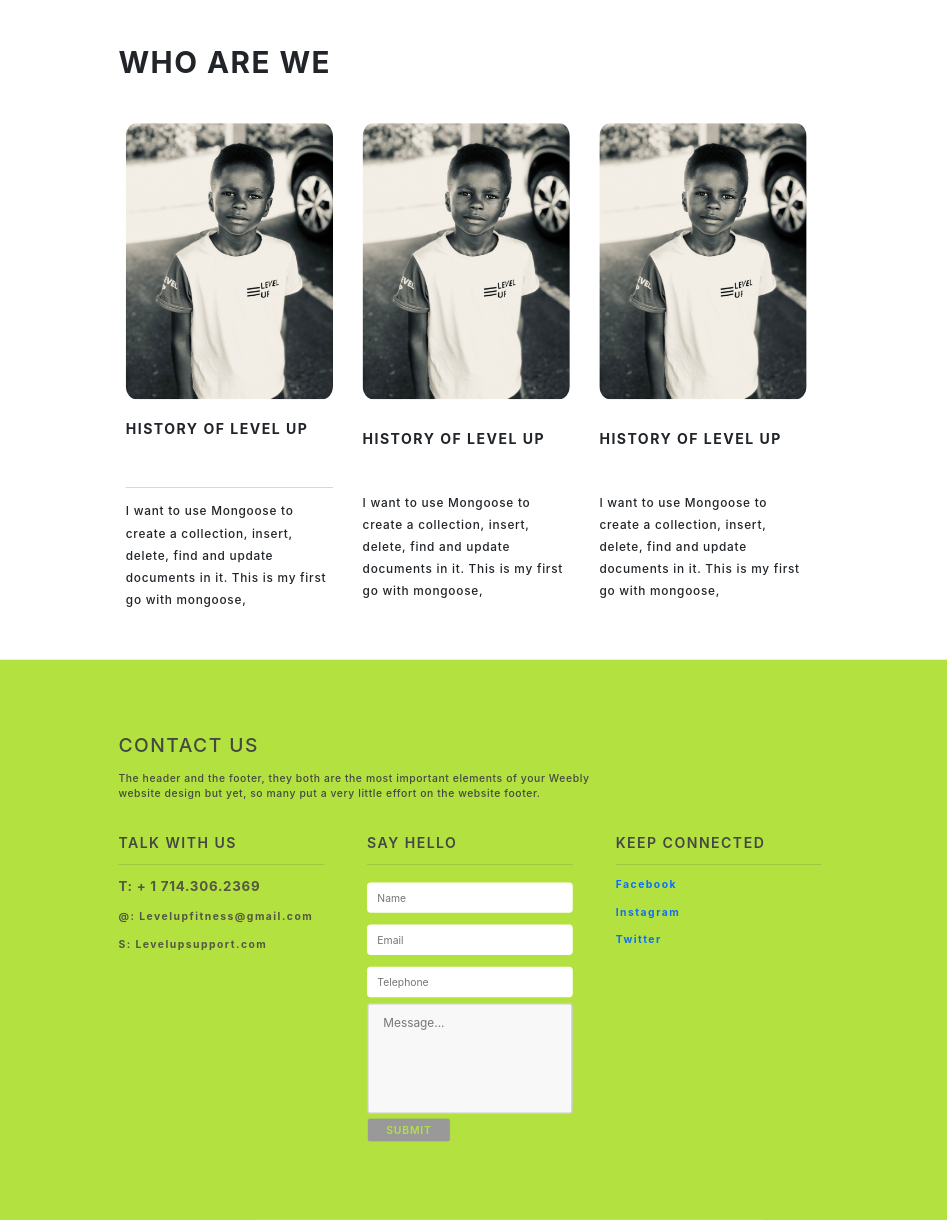
Repository: Bojurie/Level-up
Page: /about (app in client/)
These files come from the project's save history. The page is drawn as it stood at one moment and after the next save; the edit follows.
The browser window is 1280 px wide. The pictures show the part of the page from y = 314 to 1962 px (the page is 1962 px tall), at 74% of full size.
Some web fonts or font styles are not loaded; a fallback is used. Some web libraries are served in a nearby version. The project was rebuilt for these pictures with package versions that can differ from the ones it lists, and the page was loaded fresh each time. Also part of the build but not shown: client/src/components/Carousel.js, client/src/components/HomeVlog.css, client/src/components/HomeVlog.js, client/src/components/homeProducts.css, client/src/components/HomeProducts.js, client/src/components/Card.js, client/src/components/HomeShop.css, client/src/components/HomeShop.js and 10 more. Imported but missing from the stored project, and not drawn on this page: client/src/components/Chart.

Above is the page before, as saved 2022-11-30 16:11:28.

### client/public/index.html
<!DOCTYPE html>
<html lang="en">
  <head>
    <meta charset="utf-8" />
    <link rel="icon" href="%PUBLIC_URL%/favicon.ico" />
    <meta name="viewport" content="width=device-width, initial-scale=1" />
    <meta name="theme-color" content="#000000" />
    <meta
      name="description"
      content="Web site created using create-react-app"
    />
    <link rel="apple-touch-icon" href="%PUBLIC_URL%/logo192.png" />
    <link rel="manifest" href="%PUBLIC_URL%/manifest.json" />

    <link rel="preconnect" href="https://fonts.googleapis.com" />
    <link rel="preconnect" href="https://fonts.gstatic.com" crossorigin />
    <link
      href="https://fonts.googleapis.com/css2?family=Asap+Condensed:ital,wght@0,400;0,500;1,400&family=Chivo:wght@300;400&family=Jura:wght@300;400;500;600;700&family=Lato:ital,wght@0,400;0,700;1,400&family=Nunito+Sans:wght@400;600&family=Oswald:wght@300;500;700&family=Playball&family=Roboto:ital,wght@0,400;0,500;1,500&family=Wallpoet&display=swap"
      rel="stylesheet"
    />

    <link
      rel="stylesheet"
      href="https://cdn.jsdelivr.net/npm/bootstrap@5.1.3/dist/css/bootstrap.min.css"
      integrity="sha384-1BmE4kWBq78iYhFldvKuhfTAU6auU8tT94WrHftjDbrCEXSU1oBoqyl2QvZ6jIW3"
      crossorigin="anonymous"
    />
    <script
      src="https://kit.fontawesome.com/5ffdb52964.js"
      crossorigin="anonymous"
    ></script>
    <title>React App</title>
    <script
      src="https://kit.fontawesome.com/5ffdb52964.js"
      crossorigin="anonymous"
    ></script>
  </head>
  <body>
    <noscript>You need to enable JavaScript to run this app.</noscript>
    <div id="root"></div>
    <!--
      This HTML file is a template.
      If you open it directly in the browser, you will see an empty page.

      You can add webfonts, meta tags, or analytics to this file.
      The build step will place the bundled scripts into the <body> tag.

      To begin the development, run `npm start` or `yarn start`.
      To create a production bundle, use `npm run build` or `yarn build`.
    -->
  </body>
</html>

### client/src/App.js
import React from 'react';
// import { BrowserRouter as Router, Route, Routes } from 'react-router-dom';
import { BrowserRouter as Router, Route, Routes} from 'react-router-dom'


import Home from './pages/Home';
import About from './pages/About';
import Shop from './pages/Shop';
import Contact from './pages/Contact';
import Navbar from './components/Navbar';
import Footer from './components/Footer';
import LogIn from './pages/LogIn';
import Register from './pages/Register';
import Chart from './components/Chart';
import Vlog from './pages/Vlog';

import {DataProvider} from './components/Context'


function App() {

  return (
        <Router>
          <DataProvider>
          <Navbar />
          <Routes>
              <Route path='/' element={<Home />} />
              <Route path='/about' element={<About />} />
              <Route path='/contact' element={<Contact />} />
              <Route path='/shop' element={<Shop />} />
              <Route path='/vlog' element={<Vlog />} />
              <Route path='/login' element={<LogIn/>} />
              <Route path='/register' element={<Register />} />
              <Route path='/chart' element={<Chart/>} />
          </Routes>
          <Footer />
          </DataProvider>
        </Router>
  );
}

export default App;

### client/src/pages/About.js
import React from 'react';
import './About.css';

import DarkImage from '../images/IMG_5367.jpg'
import { FormTitle } from '../components/FormTitle';
const imgse = DarkImage;

const About = () => {

  return (
    <div className='about'>
    <FormTitle className="sign-in-form__title" />
      <div className=''>
          <div className='aboutContainer'>
            <h1> Who Are We </h1>
            <div className='aboutContent'>
              <div className='aboutParagraph'>
                <div className='AboutUs-content'>
                    <div className='AboutHistory'>
                        <div className='history-img'>
                            <img src={imgse} alt='img'/>
                        </div>
                        <div className='history-content'>
                          <h1>History of Level Up</h1><hr/>
                          <p>I want to use Mongoose to create a collection, insert, delete, find and update documents in it. This is my first go with mongoose,</p>
                        </div>
                    </div>
                    <div className='AboutGoal'>
                        <div className='history-img'>
                            <img src={imgse} alt='img'/>
                        </div>
                        <div className='history-content'>
                          <h1>History of Level Up</h1>
                          <p>I want to use Mongoose to create a collection, insert, delete, find and update documents in it. This is my first go with mongoose,</p>
                        </div>
                    </div>
                    <div className='Aboutproduct'>
                        <div className='history-img'>
                            <img src={imgse} alt='img'/>
                        </div>
                        <div className='history-content'>
                          <h1>History of Level Up</h1>
                          <p>I want to use Mongoose to create a collection, insert, delete, find and update documents in it. This is my first go with mongoose,</p>
                        </div>
                    </div>

                </div>



              </div>
            </div>
          </div>
      </div>
    </div>
  );
}

export default About;

### client/src/components/Navbar.js
import React from 'react';
import { Link } from 'react-router-dom';

import './Navbar.css'
import Logo from '../images/Logo.png'



const Navbar = () => {
  return (
    <nav className='navbar'>
      <div className='navbar-wrapper'>
        <Link to='/' className='logo'>
            <img src={Logo} alt='logo' />
        </Link>
        <ul className='navbar-links'>
            <Link to='/' >Home </Link>
            <Link to='/shop'> Shop</Link>
            <Link to='/Vlog'> V-Log</Link>
            <Link to='/about'> About</Link>
            <Link to='/contact'> Contact</Link>
            <Link to='/login'> Login </Link>
            <Link to='/register'>SignUp</Link>
            <Link to='/chart'><i class="fa-solid fa-cart-shopping"></i></Link>

        </ul>
      </div>

    </nav>
  );
}

export default Navbar;

### client/src/components/Footer.js
import React from 'react';
import { Link } from 'react-router-dom';
  import { FontAwesomeIcon } from '@fortawesome/react-fontawesome'
  import { instagram } from '@fortawesome/free-solid-svg-icons'

import './Footer.css';

const Footer = () => {
  return (
    <div className='footer'>
      <div className='footer-wrapper'>
        <div className='footer-header-wrapper'>
          <div className='footer-header'>
            <h1>Contact Us</h1>
          </div>
          <div className='footer-paragraph'>
            <p>The header and the footer, they both are the most important elements of your Weebly website design but yet, so many put a very little effort on the website footer.</p>
          </div>

        </div>
        <div className='footer-nav-content'>
            <div className='footer-navs-left'>
              <h3>Talk With Us</h3><hr/>
              <div className='footer-contact'>
                <div className='tel'>
                  <p>T: + 1 714.306.2369</p>
                </div>
                <div className='email'>
                  <p>@: Levelupfitness@gmail.com</p>
                </div>
                <div className='support'>
                  <p>S: Levelupsupport.com</p>
                </div>

              </div>

            </div>
            <div className='footer-navs-middle'>
                <h3>Say Hello</h3><hr/>
              <div className='footer-form'>

                  <form className='form'>
                    <input type='text' placeholder=' Name' />
                    <input type='text' placeholder=' Email' />
                    <input type='text' placeholder=' Telephone' />
                    <textarea placeholder='Message...' />
                  </form>
                  <div className='form-btn'>
                    <input type='submit' placeholder='' />
                  </div>

              </div>
            </div>
            <div className='footer-navs-right'>
              <h3>Keep Connected</h3><hr/>
              <div className='social-media'>
                <p><Link to='/'>Facebook</Link></p>
                <p><Link to='/'><FontAwesomeIcon icon="fa-brands fa-instagram" /> Instagram</Link></p>
                <p><Link to='/'>Twitter</Link></p>

              </div>

            </div>
        </div>


      </div>
    </div>
  );
}

export default Footer;

### client/src/components/Context.js
import React,{Component} from 'react';
export const DataContext = React.createContext();

export class DataProvider extends Component {
  constructor(props) {
    super(props)

    this.state = {
       products: [
         {
          "_id": "1",
          "title": "Level-Up Sweat Pant",
          "src": "https://images.unsplash.com/photo-1618354691373-d851c5c3a990?ixlib=rb-1.2.1&ixid=MnwxMjA3fDB8MHxwaG90by1wYWdlfHx8fGVufDB8fHx8&auto=format&fit=crop&w=658&q=80",
          "description": "Classic fit for running and outdoor activities.",
          "price": 39,
          "colors": ["red", "blue", "black"],
          "count": 2,
         },
         {
          "_id": "2",
          "title": "Kids Level-Up SweatPant",
          "src": "https://images.unsplash.com/flagged/photo-1555895312-bbc472c964f3?ixlib=rb-1.2.1&ixid=MnwxMjA3fDB8MHxwaG90by1wYWdlfHx8fGVufDB8fHx8&auto=format&fit=crop&w=388&q=80",
          "description": "Kids track sweatsuit for running or leisure activities",
          "price": 20,
          "colors": ["red", "blue", "black"],
          "count": 2,
         },
         {
          "_id": "3",
          "title": "Level Up Tank Top",
          "src": "https://images.unsplash.com/photo-1618354691373-d851c5c3a990?ixlib=rb-1.2.1&ixid=MnwxMjA3fDB8MHxwaG90by1wYWdlfHx8fGVufDB8fHx8&auto=format&fit=crop&w=658&q=80",
          "description": "description",
          "price": 20,
          "colors": ["red", "blue", "black"],
          "count": 2,
         },
         {
          "_id": "4",
          "title": "Level Up T-Shirt",
          "src": "https://images.unsplash.com/photo-1618354691373-d851c5c3a990?ixlib=rb-1.2.1&ixid=MnwxMjA3fDB8MHxwaG90by1wYWdlfHx8fGVufDB8fHx8&auto=format&fit=crop&w=658&q=80",
          "description": "description",
          "price": 20,
          "colors": ["red", "blue", "black"],
          "count": 2,
         },
         {
          "_id": "5",
          "title": "Level Up Sweater",
          "src": "https://images.unsplash.com/photo-1618354691373-d851c5c3a990?ixlib=rb-1.2.1&ixid=MnwxMjA3fDB8MHxwaG90by1wYWdlfHx8fGVufDB8fHx8&auto=format&fit=crop&w=658&q=80",
          "description": "description",
          "price": 20,
          "colors": ["red", "blue", "black"],
          "count": 2,
         },
         {
          "_id": "6",
          "title": "Level Up Embroidery Shirt",
          "src": "https://images.unsplash.com/photo-1618354691373-d851c5c3a990?ixlib=rb-1.2.1&ixid=MnwxMjA3fDB8MHxwaG90by1wYWdlfHx8fGVufDB8fHx8&auto=format&fit=crop&w=658&q=80",
          "description": "description",
          "price": 20,
          "colors": ["red", "blue", "black"],
          "count": 2,
         },
       ]
    }
  }

  render(){
    const {products} = this.state;
    return(
      <DataContext.Provider value={{products}}>
        {this.props.children}
      </DataContext.Provider>
    )
  }
}
export default DataProvider;

### client/src/pages/About.css
.aboutContainer h1 {
  padding: 20px 0 50px 0;
  text-transform: uppercase;
  font-weight: bold;
  letter-spacing: 2px;
}

.aboutContainer {
  padding: 40px 160px;
}

.aboutParagraph p {
  letter-spacing: 1px;
  line-height: 30px;
  font-weight: 500;
}

.aboutParagraph img {
  border-radius: 5%;
  float: left;
  margin: 0 30px 0 0;
}

.AboutUs-content {
  display: flex;
}

.AboutHistory,
.AboutGoal,
.Aboutproduct {
  display: grid;
    padding: 0 20px 0 0;
    margin: 0 auto;
    width: 300px;
}

.history-img {
}

.history-content {
  padding: 10px 0;
}
.history-content h1{
  font-size: 19px;
}

### client/src/components/FormTitle.js
import React from "react";
import './FormTitle.css';

export function FormTitle(props) {
  const { className, text } = props;
  return <h1 className={`${className} form-title`}>{text}</h1>;
}

### client/src/components/Navbar.css
.logo img {
  width: 250px;
}

.navbar {
  padding-top: 0;
  display: contents;
}

.navbar-wrapper {
  display: flex;
  /* justify-content: center; */
  align-items: center;
  height: 90px;
  background: #b3e140;
  padding: 0 50px;
  justify-content: space-between;
}

.navbar-links {
  margin-bottom: 0;
}

.navbar-links a {
  font-size: 14px;
  letter-spacing: 2px;
  font-weight: 700;
  text-transform: capitalize;
  margin: 0 10px;
  color: rgb(68, 72, 67);

}

a {
  list-style: none;
  text-decoration: none;
}

### client/src/components/Footer.css
.footer {
  background-color: #b3e140;
      font-size: 14px;
    letter-spacing: 2px;
    font-weight: 700;

    color: rgb(68, 72, 67);
}
.footer-header h1 {
 font-size: 26px;
 text-transform: uppercase;
 letter-spacing: 2px;
}

.footer-navs {
  text-decoration: none;
  list-style-type: none;

}
.footer-navs li{
  padding: 10px 0;
  letter-spacing: 1px;
  text-transform: uppercase;
  font-weight: 600;

}
.footer-wrapper {
  padding: 100px 160px;
}

.footer-contact {



}
.footer-nav-content p {
 color: #424141db;
}
.footer-contact > .tel p{
    font-size: 18px;
    letter-spacing: 1px;

}
.footer-contact > .email p{
    font-size: 14px;
    /* letter-spacing: 2px; */
}
.footer-contact > .support p{
    font-size: 14px;
    letter-spacing: 2px;
}
.footer-paragraph {
  width: 70%;
  letter-spacing: .8px;
  font-weight: 500;
  padding: 10px 0;
}
.footer-wrapper h3{
 text-transform: uppercase;
 letter-spacing: 2px;
 font-size: 19px;
 font-weight: 600;

}

.footer-nav-content {
  display: flex;
  justify-content: space-between;
}



.footer-navs-left,
.footer-navs-middle,
.footer-navs-right{

  padding: 20px 10px 0 0;
  border-radius: 10px;
}

.footer-form {
  background-color: none !important;
}

/* footer Left section */
.footer-navs-left {
  width: 30%;
}

/* footer Middle section */
.footer-navs-middle {
 width: 30%;
}

.form {
  display: grid;
}
.form input {
  padding: 10px ;
  margin: 8px 0;
  border-radius: 5px;
  border: none;
}
.form input:focus {
  border: none;
}

.form textarea {
   width: 100%;
  height: 150px;
  padding: 12px 20px;
  box-sizing: border-box;
  border: 2px solid #ccc;
  border-radius: 4px;
  background-color: #f8f8f8;
  font-size: 16px;
  resize: none;
}
.form input:active {

  border: 1px solid rgb(241, 234, 234);

}
.form-btn {

}
.form-btn input {
     padding: 5px 25px;
    margin: 5px 0;
    border-radius: 4px;
    background-color: #999999;
    border: 1px solid  #b3e140;
    color: #b3e140;
    letter-spacing: 1.1px;
    font-weight: 600;
    text-transform: uppercase;
}

.footer-navs-right {
  width: 30%;
}

### client/src/components/Carousel.css
 .d-block {
   width: 100%;
   /* object-fit: cover; */
   /* object-position: 50% 50%; */
   /* background-size: contain;
   background-repeat: no-repeat; */
 }


 img {

   max-width: 100%;
   max-height: 100%;
   object-fit: cover;
   background-repeat: no-repeat;
 }

 .carousel-item img {
   width: 1000px;
   height: 500px;
 }

 .carousel-caption {
   top: 50%;
 }

 .carousel {
   object-fit: contain;
 }

### client/src/components/FormTitle.css
.form-title {
  font-size: 3rem;
  font-weight: 700;
  line-height: 2rem;
  margin: auto 0;
  color: white;
  background-image: url('https://images.unsplash.com/photo-1581397867105-8c988bd747e6?ixlib=rb-4.0.3&ixid=MnwxMjA3fDB8MHxwaG90by1wYWdlfHx8fGVufDB8fHx8&auto=format&fit=crop&w=1170&q=80') ;
    background-repeat: no-repeat;
  background-position: center;
  background-size: cover;
  padding: 7rem 0 7rem 10rem;
  letter-spacing: 5px;
  text-transform: uppercase;
  display: flex;
  justify-content: flex-start;

}
.form-title h1{


}


.shopForm-title {
 font-size: 3rem;
  font-weight: 700;
  line-height: 2rem;
  letter-spacing: 5px;
  text-transform: uppercase;
  display: flex;
  margin: auto 0;
   background-image: url('https://images.unsplash.com/photo-1581397867105-8c988bd747e6?ixlib=rb-4.0.3&ixid=MnwxMjA3fDB8MHxwaG90by1wYWdlfHx8fGVufDB8fHx8&auto=format&fit=crop&w=1170&q=80') ;
    background-repeat: no-repeat;
  background-position: center;
  background-size: cover;

  padding: 7rem 0 7rem 10rem;
  justify-content: flex-start;

}
.FormTitleLogin-title {
  font-size: 3rem;
  font-weight: 700;
  line-height: 2rem;
  padding: 6rem 0;
  letter-spacing: 5px;
  text-transform: uppercase;
  display: flex;
  justify-content: center;
  margin: auto 0;
   background-image: url('https://images.unsplash.com/photo-1609770231080-e321deccc34c?ixlib=rb-4.0.3&ixid=MnwxMjA3fDB8MHxwaG90by1wYWdlfHx8fGVufDB8fHx8&auto=format&fit=crop&w=765&q=80') ;
    background-repeat: no-repeat;
  background-position: center;
  background-size: cover;

}
.ContactForm-title {
 /* font-size: 3rem;
  font-weight: 700;
  line-height: 2rem;
  text-transform: uppercase; */
  display: flex;
  margin: auto 0;
   background-image: url('https://images.unsplash.com/photo-1587560699334-bea93391dcef?ixlib=rb-4.0.3&ixid=MnwxMjA3fDB8MHxwaG90by1wYWdlfHx8fGVufDB8fHx8&auto=format&fit=crop&w=1170&q=80') ;
    background-repeat: no-repeat;

 padding: 7rem 0 7rem 10rem;
  letter-spacing: 5px;
  justify-content: flex-start;

}
.RegisterForm-title {
  font-size: 3rem;
  font-weight: 700;
  line-height: 2rem;
  padding: 6rem 0;
  letter-spacing: 5px;
  text-transform: uppercase;
  display: flex;
  justify-content: center;
  margin: auto 0;
   background-image: url('https://images.unsplash.com/photo-1563906267088-b029e7101114?ixlib=rb-4.0.3&ixid=MnwxMjA3fDB8MHxwaG90by1wYWdlfHx8fGVufDB8fHx8&auto=format&fit=crop&w=1170&q=80') ;
    background-repeat: no-repeat;
  /* background-position: bottom; */
  /* background-size: cover; */
    /* background-attachment: */


}
.VlogForm_title h1{


}
.VlogForm_title {
  /* font-size: 3rem;
  font-weight: 700;
  line-height: 2rem; */
  padding: 7rem 0 7rem 10rem;
  letter-spacing: 5px;
  text-transform: uppercase;
  display: flex;
  justify-content: flex-start;
  margin: auto 0;
   background-image: url('https://images.unsplash.com/photo-1440778303588-435521a205bc?ixlib=rb-4.0.3&ixid=MnwxMjA3fDB8MHxwaG90by1wYWdlfHx8fGVufDB8fHx8&auto=format&fit=crop&w=1470&q=80') ;
    background-repeat: no-repeat;
  background-position: center;
  background-size: cover;

}

@media screen and (max-width: 414px) {
  .form-title {
    padding: 4rem 1rem;

  }

}

### client/src/components/auth/LoginForm.css
.loginForm-wrapper {
  text-align: center;
    justify-content: center;
    width: 600px;
    margin: auto;
    padding: 90px 0;

}
.login-header {
  text-transform: uppercase;
  letter-spacing: 2px;
  font-weight: 600;
}


form {
  display: grid;
}

.loginForm-header {
  font-size: 20px;
}

.loging
form input {
  margin: 5px 0;
  padding: 10px;
  border-radius: 10px;
  border: 1px solid white;
  background-color: rgba(243, 247, 255, 0.715) !important;
}
form input:focus{
  border: 2px solid green;
}
form > .loginBtn > input{
  padding: 8px;
  width: 100%;
  background-color:#999999!important;
  color: #ccf368;
  font-weight: 700;
  border: none;
  margin:5px 0 ;
  font-size: 20px;
  letter-spacing: 3px;
}

### client/src/components/auth/registerForm.css

.registerForm-wrapper {
  text-align: center;
    justify-content: center;
    width: 600px;
    margin: auto;
    padding: 90px 0;

}
.login-header {
  text-transform: uppercase;
  letter-spacing: 2px;
  font-weight: 600;
}


form {
  display: grid;
}

.loginForm-header {
  font-size: 20px;
}

.register
form input {
  margin: 5px 0;
  padding: 10px;
  border-radius: 10px;
  border: 1px solid white;

}
form input:focus{
  border: 2px solid green;
}
form > .loginBtn > input{
  padding: 8px;
  width: 100%;
  background-color: #b3e140 !;
  border: none;
  margin:5px 0 ;
}

Loaded but not shown: client/src/index.js (common file); client/src/index.css (common file)

After the next save:
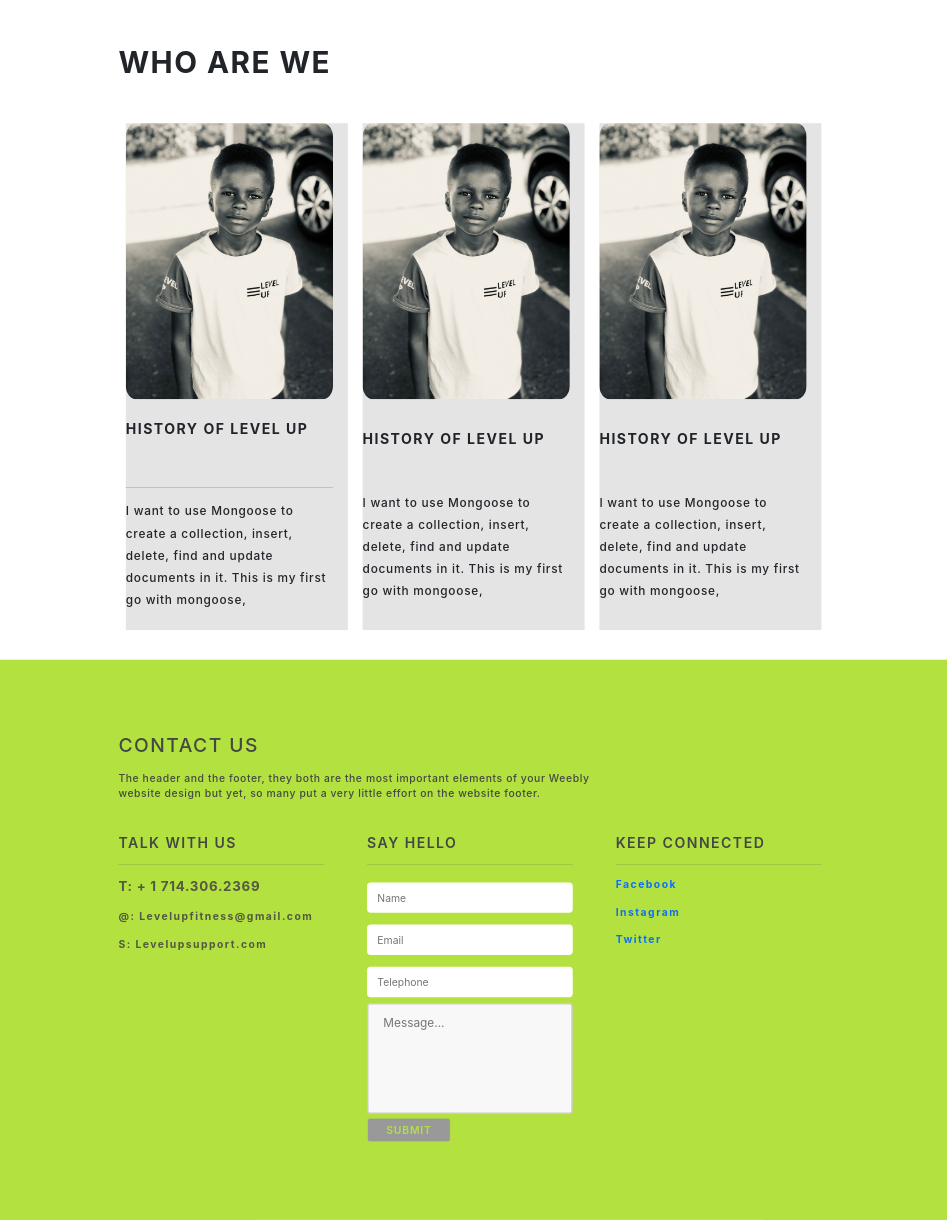
Saved 95 s later.
--- a/client/src/pages/About.css
+++ b/client/src/pages/About.css
@@ -32,6 +32,7 @@
     padding: 0 20px 0 0;
     margin: 0 auto;
     width: 300px;
+    background-color: rgb(229, 228, 228);
 }
 
 .history-img {
